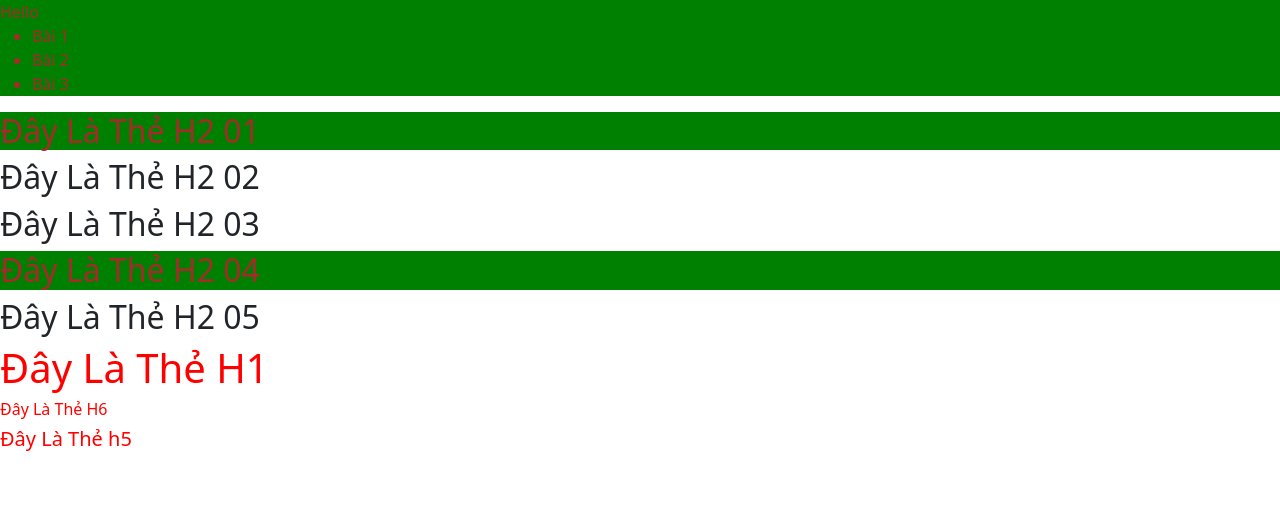
Repository: HuynhDuc23/learn__javascript__basic
Page: lab19/dom.html
An editor plug-in stored every save of this project. The page is shown before and after the next save, followed by the edit.
The browser window is 1280 px wide. The pictures show the whole page.

Above is the page before, as saved 2024-01-10 10:45:49.

### lab19/dom.html
<html lang="en">
<head>
    <meta charset="UTF-8">
    <meta name="viewport" content="width=device-width, initial-scale=1.0">
    <title>Document Object Model (DOM)</title>
    <link href="https://cdn.jsdelivr.net/npm/bootstrap@5.3.2/dist/css/bootstrap.min.css" rel="stylesheet" integrity="sha384-T3c6CoIi6uLrA9TneNEoa7RxnatzjcDSCmG1MXxSR1GAsXEV/Dwwykc2MPK8M2HN" crossorigin="anonymous">
</head>
<body>
    <style>
        .light {
            background: red;
        }
        .dark {
            background: green;
            color: brown;
        }
        .test-css {
             color : red;
        }
    </style>
   <div class="light" id="box"> Hello</div>
     <ul id="_ul">
        <li>Bài 1 </li>
        <li>Bài 2 </li>
        <li>Bài 3 </li>
     </ul>
     <h2>Đây Là Thẻ H2 01</h2>
     <h2>Đây Là Thẻ H2 02</h2>
     <h2>Đây Là Thẻ H2 03</h2>
     <h2>Đây Là Thẻ H2 04</h2>
     <h2>Đây Là Thẻ H2 05</h2>


      <h1 class="test">Đây Là Thẻ H1</h1>
      <h6 class="test">Đây Là Thẻ H6</h6>
      <h5 class="test">Đây Là Thẻ h5</h5>




    <script>
       var box = document.getElementById("box");
       console.log(box)
       box.classList.add("dark");

       const _ul =  document.getElementById("_ul");
       _ul.classList.add("dark");
       console.log(_ul);

       const listH2 =  document.getElementsByTagName("h2");
       console.log(listH2);
       listH2[0].classList.add("dark");
       listH2[3].classList.add("dark");

       const listTest =  document.getElementsByClassName("test");
       console.log(listTest);
       // Hiện tại đang HTML collection-> lấy từng phần tử
       // eletment ra và chuyển nó vô array

       [...listTest].forEach((item)=>{
             item.classList.add("test-css")
       },);
       for(var i = 0 ; i <  listTest.length ;i++){
        console.log(listTest[i]);
       };
    </script>
       <script src="https://cdn.jsdelivr.net/npm/bootstrap@5.3.2/dist/js/bootstrap.bundle.min.js" integrity="sha384-C6RzsynM9kWDrMNeT87bh95OGNyZPhcTNXj1NW7RuBCsyN/o0jlpcV8Qyq46cDfL" crossorigin="anonymous"></script>
</body>
</html>

After the next save:
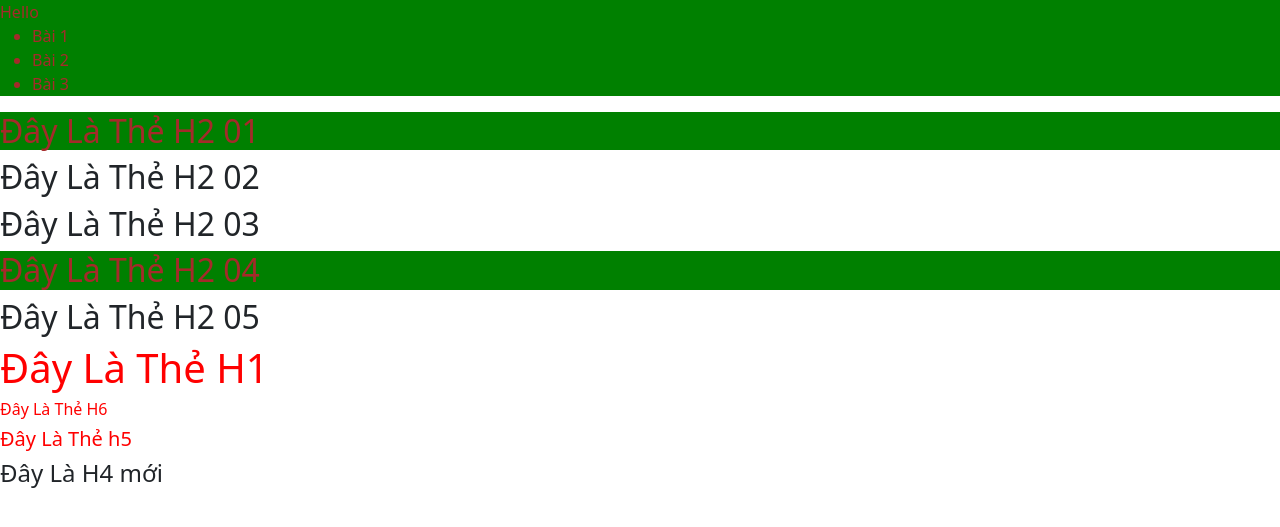
Saved 86 s later.
--- a/lab19/dom.html
+++ b/lab19/dom.html
@@ -36,9 +36,15 @@
       <h5 class="test">Đây Là Thẻ h5</h5>
 
 
+      <style>
+
+      </style>
+       <h4> Đây Là H4</h4>
+
+    <script>
+       const h4 =  document.querySelector("h4").innerHTML="Đây Là H4 mới"
 
 
-    <script>
        var box = document.getElementById("box");
        console.log(box)
        box.classList.add("dark");
